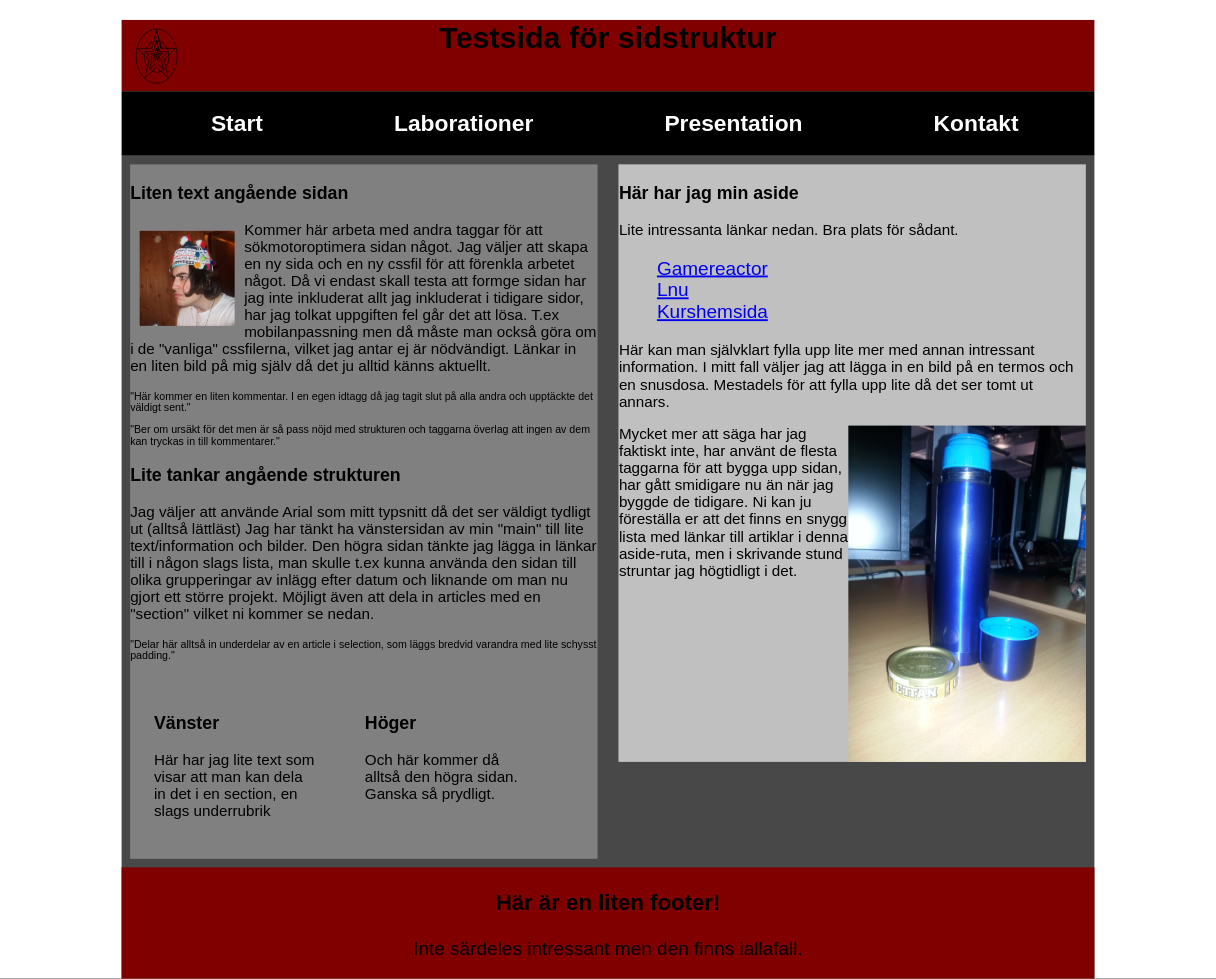
Repository: ao222qc/1IK415_ao222qc_copycat
Page: pages/testsida.html
The author's editor kept a record of every edit. The page is drawn from the files as they stood at one moment, then again after the next edit.
The browser window is 1280 px wide. The pictures show the whole page, at 95% of full size.

Above is the page before.

### pages/testsida.html
<!doctype html>
<html lang="sv">
    <head>
        <meta charset = "utf-8">
        <title>Bloggindex</title>
        <link rel="stylesheet" href="../pics/css/testsida.css" media="screen">
        <link rel="stylesheet" href="../pics/css/print.css" media="print">
        <link rel="stylesheet" href="../pics/css/mobile.css" media="screen and (max-device-width: 480px") />
        <meta content='width=device-width; initial-scale=1.0; maximum-scale=1.0; user-scalable=0;' name='viewport' />
        <link rel="icon"  type="image/x-icon" href="/pics/fav.ico" />
        <link rel="shortcut icon" href="/pics/iosicon.png"/>
         <link rel="apple-touch-icon" href="/pics/iosicon.png"/>
    </head>
<body>
    <Header>
        <h1>Testsida för sidstruktur</h1>
    </Header>
    <Nav>
            <ul>
            <li><a class="index" href="../index.html">Start</a></li>
            <li><a class="laborationer" href="laborationer.html">Laborationer</a></li>
            <li class="active"><a class="presentation" href="presentation.html">Presentation</a></li>
            <li><a class="kontakt" href="kontakt.html">Kontakt</a></li>
            </ul>
    </Nav>


    <Main>
    <Article>
    <h3>Liten text angående sidan</h3>
    <img class="left" src="../pics/labbild.jpg" height=100px width = 100px alt=""/>
    <p>Kommer här arbeta med andra taggar för att sökmotoroptimera sidan något.
       Jag väljer att skapa en ny sida och en ny cssfil för att förenkla arbetet något.
       Då vi endast skall testa att formge sidan har jag inte inkluderat allt jag inkluderat
       i tidigare sidor, har jag tolkat uppgiften fel går det att lösa. T.ex mobilanpassning
       men då måste man också göra om i de "vanliga" cssfilerna, vilket jag antar ej är nödvändigt.
       Länkar in en liten bild på mig själv då det ju alltid känns aktuellt.
    </p>
    <div id="comment">
    <p>"Här kommer en liten kommentar. I en egen idtagg då jag tagit slut på alla andra och upptäckte det väldigt sent."</p>
    <p>"Ber om ursäkt för det men är så pass nöjd med strukturen och taggarna överlag att ingen av dem kan tryckas in till kommentarer."</p>
    </div>
    <h3>Lite tankar angående strukturen</h3>
    <p>Jag väljer att använde Arial som mitt typsnitt då det ser väldigt tydligt ut (alltså lättläst)
       Jag har tänkt ha vänstersidan av min "main" till lite text/information och bilder. Den högra sidan
       tänkte jag lägga in länkar till i någon slags lista, man skulle t.ex kunna använda den sidan till
       olika grupperingar av inlägg efter datum och liknande om man nu gjort ett större projekt. Möjligt
       även att dela in articles med en "section" vilket ni kommer se nedan.
       <div id="comment">
        <p>"Delar här alltså in underdelar av en article i selection, som läggs bredvid varandra med lite schysst padding."</p>
       </div>
       <Section>
       <h3>Vänster</h3>
           <p>Här har jag lite text som visar att man kan dela in det i en section, en slags underrubrik</p>
       </Section>
       <Section>
       <h3>Höger</h3>
           <p>Och här kommer då alltså den högra sidan. Ganska så prydligt.</p>
       </Section>
    </p>
    </Article>
<Aside>
<h3>Här har jag min aside</h3>
<p>Lite intressanta länkar nedan. Bra plats för sådant.</p>
    <ul>
    <a href="http://www.gamereactor.se/">Gamereactor</a>
    <a href="http://lnu.se/">Lnu</a>
    <a href="https://coursepress.lnu.se/">Kurshemsida</a>
    </ul>

    <p>Här kan man självklart fylla upp lite mer med annan intressant information.
        I mitt fall väljer jag att lägga in en bild på en termos och en snusdosa.
        Mestadels för att fylla upp lite då det ser tomt ut annars.
    </p>
    <img class="right" src="../pics/bloggbild.jpg" height=354px width=250px alt=""/>
    <p>Mycket mer att säga har jag faktiskt inte, har använt de flesta taggarna för
        att bygga upp sidan, har gått smidigare nu än när jag byggde de tidigare.
        Ni kan ju föreställa er att det finns en snygg lista med länkar till artiklar
        i denna aside-ruta, men i skrivande stund struntar jag högtidligt i det.
    </p>
</Aside>
<Footer>
    <h3>Här är en liten footer!</h3>
    <p>Inte särdeles intressant men den finns iallafall.</p>
</Footer>

    </Main>
</body>

### pics/css/testsida.css
body
{
    margin: 0 auto;
    width:1024px;
    height:auto;
    font-family:Arial;

}
Header
{
    text-align:center;
    background-color:Maroon;
    height:75px;
    background-image: url("../vektorgrafik.svg");
    background-size:75px 75px;
    background-repeat:no-repeat;
    width:100%;
}
Nav
{
    font-size: 150%;
    font-weight: bold;
    background-color: black;
    width:1024px;
    display:block;
    float:left;
}
    Nav ul
    {
    list-style-type: none;
    margin: 0;
    padding: 0;
    }

    Nav ul li a
    {
    text-decoration: none;
    padding: 24px 24px;
    color: white;
    text-align:center;
    }

Nav ul li
{
    float:left;
    margin:20px;
    margin-left:70px;
}
Nav ul li a:hover
{
  color:Maroon;
}

Main
{
    margin: 0 auto;
    float:left;
    height:auto;
    background-color:#484848;
}
Article
{
    float:left;
    width:48%;
    height:auto;
    background-color:gray;
    margin-left:9px;
    margin-top:9px;
    margin-bottom:9px;
}
Section
{
    width:35%;
    float:left;
    margin:25px;
}
.left
{
    margin:5px;
    padding:5px;
    float:left;
}
.right
{
    float:right;
}
Aside
{
    width:48%;
    float:right;
    background-color:#C0C0C0;
    border-width:5px;
    height:100%;
    margin-right:9px;
    margin-top:9px;
}
Aside ul
{

    width:1%;
    font-size:125%;
    text-decoration:none;

}
Aside ul li
{
    width:50px;
    float:left;
}
Footer
{
    font-size:125%;
    float:left;
    width:100%;
    background-color:Maroon;
    text-align:center;
}
#comment
{

    font-size:70%;
    float:none;
}

### pics/css/print.css
body
{
  color : #000000;
  background : #ffffff;
  font-family : "Times New Roman", Times, serif;
  font-size : 12pt;
}
#navigation
{
    display: none;
}
img
{
    display:none;
    visibility: hidden;
}

a:link:after,
a:visited:after
{
    font-size : 12pt;
    content: " ("attr(href) ") ";
}

### pics/css/mobile.css
@media screen and (min-device-width: 320px) and (max-device-width: 480px) {

#background
{
    min-width:320px;
    max-width:100%;
    max-height:100%;
}

body
{
    margin:0; padding:0;
}

table
{
    margin-left:2px;
}

#header
{
    min-width:320px;
    max-width:100%;
    text-align:center;
    background-size: 50px, 50px;
    height:auto;
}
#navigation
{
   min-width:100%;
    max-width:100%;
    float:none;
    text-align:center;
    display:block;
}

#content
{
  min-width:320px;
  max-width:100%;
  padding: 0;
  margin: 0;
}

#vektorgrafik
{
    float:none;
    height:300px;
    width:300px;
}

#mittnylle
{
    height:300px;
    width:300px;
}

#loga
{
    height:300px;
    width:330px;
}

#footer
{
    min-width:320px;
    max-width:100%;
    font-size:85%;
    background-position:right;
    text-align:left;
}

ol dl
{
    font-size:85%;
}




















}

After the next edit:
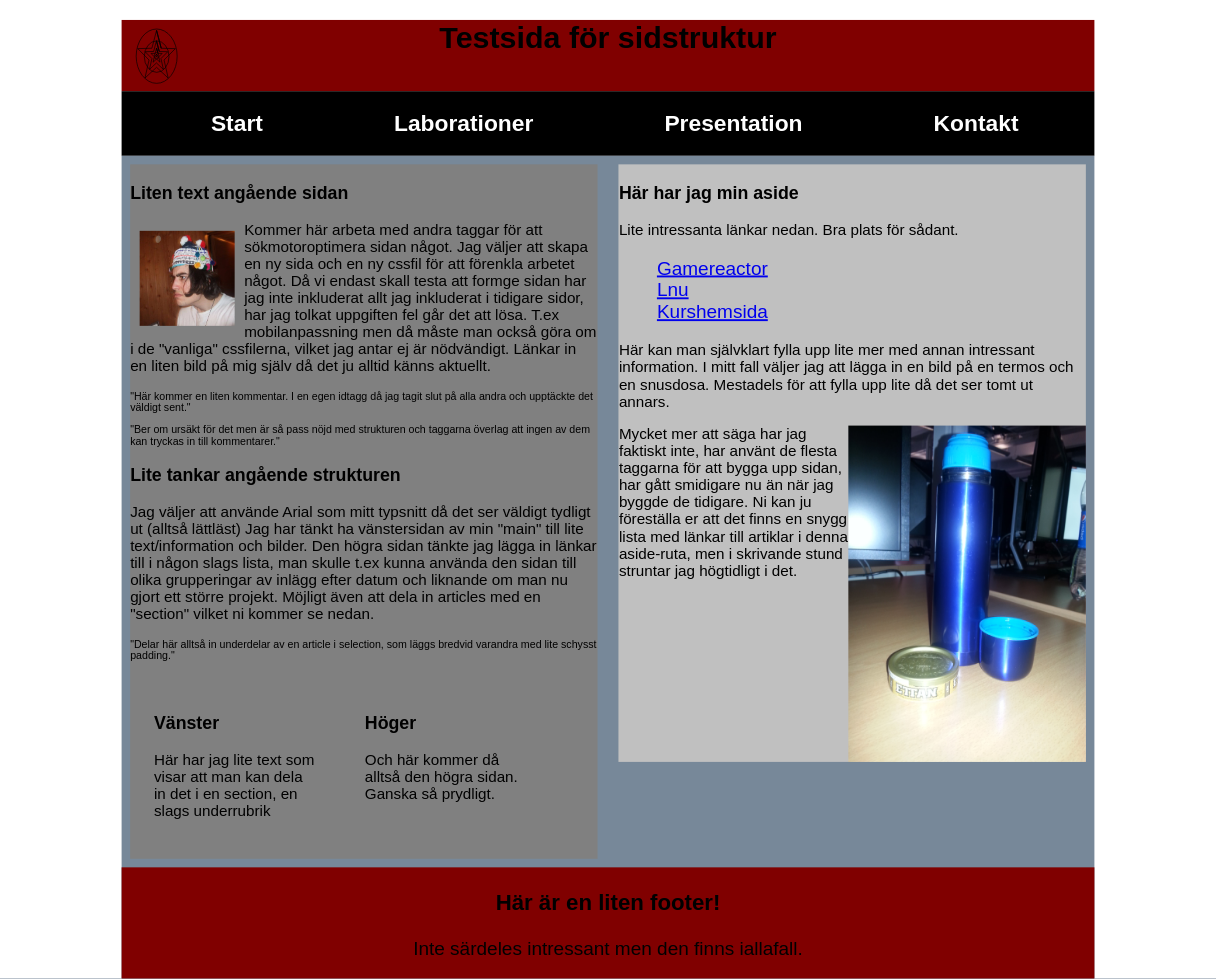
The edit:
--- a/pics/css/testsida.css
+++ b/pics/css/testsida.css
@@ -56,7 +56,7 @@
     margin: 0 auto;
     float:left;
     height:auto;
-    background-color:#484848;
+    background-color:#778899;
 }
 Article
 {
